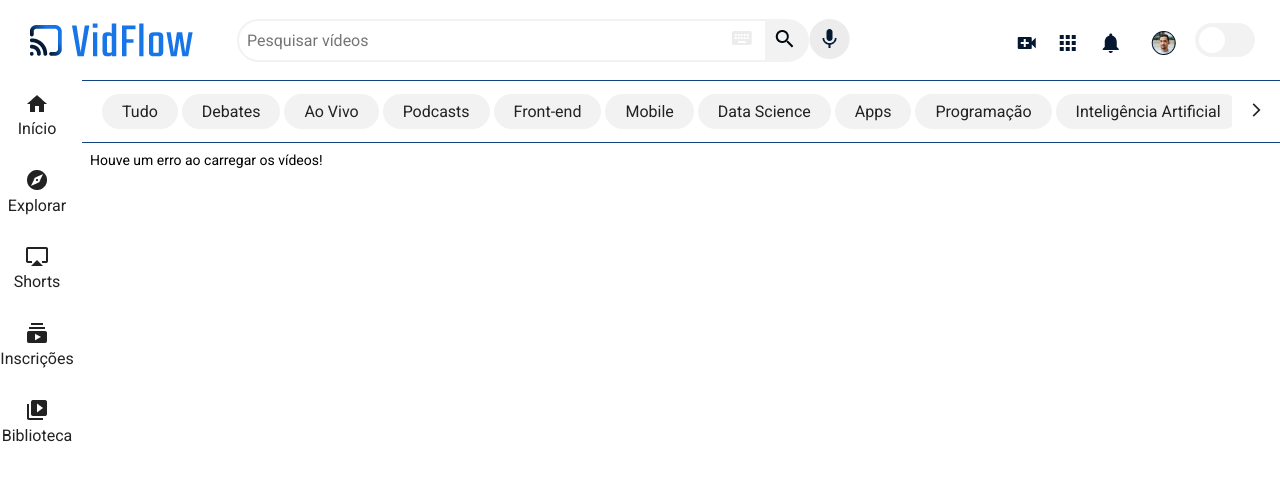
Repository: joaoPraiaJunior/curso-consumindo-api
Page: index.html
The author's editor kept a copy of each file at every save. The page is drawn from the files as they stood at one save, then again after the next save.
The browser window is 1280 px wide. The pictures show the whole page.
The page's requests for data from a server got no answer.

Above is the page before, as saved 2024-07-24 16:33:40.

### index.html
<!DOCTYPE html>
<html lang="pt-br" dir="ltr">
<head>
    <meta charset="UTF-8">
    <meta name="viewport" content="width=device-width, initial-scale=1.0">
    <link href="https://fonts.googleapis.com/css2?family=Roboto:wght@400;500;700&display=swap" rel="stylesheet" />
    <link rel="stylesheet" href="./css/reset.css">
    <link rel="stylesheet" href="./css/estilos.css">
    <link rel="stylesheet" href="./css/flexbox.css">
    <title>VidFlow</title>
    <link rel="shortcut icon" href="./img/Favicon.png" type="image/x-icon">
    <script src="./js/script.js" defer></script>
</head>
<body>
    <header>
        <nav class="cabecalho__container">
            <div class="logo__item">
                <img src="./img/VidFlow--Logo-light-mode.png" alt="logo do VidFlow">
            </div>
            <div class="cabecalho__pesquisar__item">
                <form class="form__pesquisa">
                    <input type="search" name="pesquisar" class="pesquisar__input" placeholder="Pesquisar vídeos">
                    <img src="./img/topbar/keyboard.png" alt="Ícone de teclado" class="pesquisar__input-teclado">
                    <button class="pesquisar__btn">
                        <img src="./img/topbar/search.png" alt="Ícone de lupa">
                    </button>
                    <button class="cabecalho__audio">
                        <img src="./img/topbar/Mic.png" alt="Ícone de microfone">
                    </button>
                </form>
            </div>
            <div class="cabecalho__icones__item">
                <a href="#" class="cabecalho__videos"></a>
                <a href="#" class="cabecalho__apps"></a>
                <a href="#" class="cabecalho__notificacoes"></a>
                <a href="#" class="cabecalho__avatar"></a>
                <label class="cabecalho__switch">
                    <input type="checkbox" class="cabecalho__switch-input">
                    <span class="cabecalho__switch-slider"></span>
                </label>
            </div>
        </nav>
    </header>

    <!-- Menu lateral -->

    <aside class="menu__container">
        <ul class="menu__lista">
            <li>
                <a class="menu__itens" href="#">
                    <i class="icone__inicio icone-item"></i>
                    <span>Início</span></a>
            </li>

            <li>
                <a class="menu__itens" href="#">
                    <i class="icone__explorar icone-item"></i>
                    <span>Explorar</span></a>
            </li>

            <li>
                <a class="menu__itens" href="#">
                    <i class="icone__shorts icone-item"></i>
                    <span>Shorts</span></a>
            </li>

            <li>
                <a class="menu__itens" href="#">
                    <i class="icone__inscricoes icone-item"></i>
                    <span>Inscrições</span></a>
            </li>

            <li>
                <a class="menu__itens" href="#">
                    <i class="icone__biblioteca icone-item"></i>
                    <span>Biblioteca</span></a>
            </li>
        </ul>

        <ul class="menu__lista">
            <li>
                <a class="menu__itens" href="#">
                    <i class="icone__historico icone-item"></i>
                    <span>Histórico</span></a>
            </li>

            <li>
                <a class="menu__itens" href="#">
                    <i class="icone__relogio icone-item"></i>
                    <span>Assistir mais tarde</span></a>
            </li>

            <li>
                <a class="menu__itens" href="#">
                    <i class="icone__like icone-item"></i>
                    <span>Marcados com like</span></a>
            </li>
        </ul>

        <ul class="menu__lista">
            <li>
                <a class="menu__itens" href="#">
                    <i class="icone__mostrar icone-item"></i>
                    <span>Mostrar mais 2</span></a>
            </li>

            <li>
                <a class="menu__itens" href="#">
                    <i class="icone__deschamps icone-item"></i>
                    <span>Felipe Deschamps</span></a>
            </li>

            <li>
                <a class="menu__itens" href="#">
                    <i class="icone__nerd icone-item"></i>
                    <span>Jovem Nerd</span></a>
            </li>

            <li>
                <a class="menu__itens" href="#">
                    <i class="icone__souto icone-item"></i>
                    <span>Mario Souto</span></a>
            </li>

            <li>
                <a class="menu__itens" href="#">
                    <i class="icone__iamarino icone-item"></i>
                    <span>Atila Iamarino</span></a>
            </li>

            <li>
                <a class="menu__itens" href="#">
                    <i class="icone__ballerini icone-item"></i>
                    <span>Rafaella Ballerini</span></a>
            </li>

            <li>
                <a class="menu__itens" href="#">
                    <i class="icone__gaveta icone-item"></i>
                    <span>Gaveta</span></a>
            </li>

            <li>
                <a class="menu__itens" href="#">
                    <i class="icone__alura icone-item"></i>
                    <span>Alura</span></a>
            </li>

            <li>
                <a class="menu__itens inscricoes" href="#">INSCRIÇÕES</a>
            </li>
        </ul>

        <ul class="menu__lista">
            <li class="jogos">
                <a class="menu__itens" href="#">
                    <i class="icone__jogos icone-item"></i>
                    <span>Jogos</span></a>
            </li>

            <li class="filmes">
                <a class="menu__itens" href="#">
                    <i class="icone__filmes icone-item"></i>
                    <span>Filmes</span></a>
            </li>
            <li class="premium">
                <a class="menu__itens" href="#">
                    <i class="icone__videos icone-item"></i>
                    <span>Vídeo Premium</span></a>
            </li>

            <li class="menu__itens">
                <a href="#">MAIS DA PÁGINA</a>
            </li>

        </ul>
    </aside>

    <section class="superior__secao__container">
        <div class="superior__secao__container-wrapper">
            <a href="#" name="Tudo" class="superior__item">Tudo</a>
            <a href="#" name="Debates" class="superior__item">Debates</a>
            <a href="#" name="Ao Vivo" class="superior__item">Ao Vivo</a>
            <a href="#" name="Podcasts" class="superior__item">Podcasts</a>
            <a href="#" name="Front-end" class="superior__item">Front-end</a>
            <a href="#" name="Mobile" class="superior__item">Mobile</a>
            <a href="#" name="Data Science" class="superior__item">Data Science</a>
            <a href="#" name="Apps" class="superior__item">Apps</a>
            <a href="#" name="Programação" class="superior__item">Programação</a>
            <a href="#" name="Inteligência Artificial" class="superior__item">Inteligência Artificial</a>
            <a href="#" name="Inovação" class="superior__item">Inovação</a>
        </div>

        <label class="superior__slider">
            <span><img src="./img/arrow_forward_ios.png" alt="Flecha direcionada para a direita"></span>
        </label>
    </section>

    <main>
        <ul class="videos__container" data-js="container-videos">

        </ul>
    </main>

</body>
</html>

### css/estilos.css
*,
*::before,
*::after {
    --azul-profundo: #01080E;
    --azul-escuro: #041832;
    --azul-medio: #144480;
    --azul-destaque-light: #1875E9;
    --azul-destaque-dark: #3985D8;
    --cinza-escuro: #222222;
    --cinza-medio: #C5C5C5;
    --cinza-claro: #F2F2F2;
    --branco: #FFFFFF;
    box-sizing: border-box;
}

body {
    font-family: Roboto, Arial, Helvetica, sans-serif;
    background-color: var(--branco);
    position: relative;
    width: 100%;
    height: 100vh;
    overflow: auto;
    font-size: 14px;
    color: var(--cinza-escuro);
    box-sizing: border-box;
    text-align: center;
}

/* CABEÇALHO */

.cabecalho__container {
    background-color: var(--branco);
    height: 80px;
    width: 100%;
    padding: 0 25px;
}

.logo__item {
    padding: 15px 0px;
    cursor: pointer;
}

.pesquisar__input {
    padding: 8px;
    border: 2px solid var(--cinza-claro);
    border-radius: 32px 0px 0px 32px;
    font-size: 16px;
}

.pesquisar__input-teclado{
    position: absolute;
    right: 16%;
    top: 30%;
}

.pesquisar__btn {
    background-color: var(--cinza-claro);
    border: 0px;
    border-radius: 0px 32px 32px 0px;
    padding: 8px;
    padding-right: 15px;
    border-left: none;
    cursor: pointer;
}

.cabecalho__audio {
    border: 0px;
    background-color: var(--branco);
}

.cabecalho__videos {
    background-image: url(../img/topbar/video_call.png);
    background-repeat: no-repeat;
    background-position: center;
    padding: 20px;
}

.cabecalho__apps {
    background-image: url(../img/topbar/apps.png);
    background-repeat: no-repeat;
    background-position: center;
    padding: 13px 30px 13px 13px;
}

.cabecalho__notificacoes {
    background-image: url(../img/topbar/notifications.png);
    background-repeat: no-repeat;
    background-position: center;
    padding: 13px 30px 13px 13px;
}

.cabecalho__avatar {
    background-image: url(../img/topbar/Avatar.png);
    background-repeat: no-repeat;
    background-position: center;
    padding: 13px 30px 13px 33px;
}

.cabecalho__switch {
    position: relative;
    display: inline-block;
    padding: 13px 30px 13px 13px;
    width: 60px;
    height: 34px;
  }

  .cabecalho__switch-input{
    opacity: 0;
    width: 0;
    height: 0;
  }

  .cabecalho__switch-slider {
    position: absolute;
    cursor: pointer;
    top: 0;
    left: 0;
    right: 0;
    bottom: 0;
    background-color: var(--cinza-claro);
    -webkit-transition: .4s;
    transition: .4s;
    border-radius: 34px;
  }

  .cabecalho__switch-slider:before {
    position: absolute;
    content: "";
    height: 26px;
    width: 26px;
    left: 4px;
    bottom: 4px;
    background-color: var(--branco);
    -webkit-transition: .4s;
    transition: .4s;
    border-radius: 50%;
  }

  .cabecalho__switch-input:checked + .cabecalho__switch-slider {
    background-color: var(--azul-destaque-light);
  }

  .cabecalho__switch-input:focus + .cabecalho__switch-slider {
    box-shadow: 0 0 1px var(--cinza-claro);
  }

  .cabecalho__switch-input:checked + .cabecalho__switch-slider:before {
    -webkit-transform: translateX(26px);
    -ms-transform: translateX(26px);
    transform: translateX(26px);
  }


/* SECAO SUPERIOR */

.superior__secao__container {
    height: 63px;
    color: var(--branco);
    font-size: 16px;
    background-color: var(--branco);
    padding: 0 20px;
    position: fixed;
    top: 80px;
    right: 0;
    left: 0;
    /* transition: transform 0.5s ease-in-out;
    transform: translateX(0); */
}

.superior__secao__container-wrapper{
    position: relative;
}

.superior__item {
    color: var(--cinza-escuro);
    font-size: 16px;
    background-color: var(--cinza-claro);
    border-radius: 20px;
    padding: 8px 20px;
    cursor: pointer;
    width: 200px;
}

.superior__item:hover {
    color: var(--branco);
    background-color: var(--azul-destaque-light);
    transition: .5s;
}

.superior__slider{
    position: absolute;
    right: 0%;
    width: 4%;
    height: 100%;
    background-color: var(--branco);
}

/* SEÇÃO VÍDEOS */

.videos__container {
    color: black;
    padding: 153px 20px 10px 20px;
}

iframe{
    border-radius: 10px;
    width: 100%;
    height: 62%;
}

.descricao-video .img-canal{
    border-radius: 100%;
    width: 40px;
    height: 40px;
}

.descricao-video .titulo-video {
    font-weight: 700;
    color: var(--cinza-escuro);
}

.descricao-video .titulo-canal {
    font-size: 14px;
    color: var(--cinza-escuro);
}

::-webkit-scrollbar{
    width: 0px;
    height: 0px;
}

@media(min-width: 834px) {

    body {
        height: 100vh;
    }

    /* ESTILOS DA SECAO SUPERIOR */

    .superior__secao__container {
        border-top: var(--azul-medio) 1px solid;
        border-bottom: var(--azul-medio) 1px solid;
        width: auto;
        left: 82px;
    }

    /*ESTILOS SEÇÃO VÍDEOS */

    .videos__container {
        padding-left: 90px;
        padding-right: 17px;
    }

}

@media(min-width: 1440px) {

    /* SEÇÃO SUPERIOR */

    .superior__secao__container {
        left: 247px;
    }

    /* ESTILOS VIDEOS */

    .videos__container {
        padding-right: 10px;
        padding-left: 248px;
    }
}

/* MENU LATERAL */

.menu__container {
    font-size: 14px;
    background-color: var(--branco);
}

.icone__inicio::before {
    content: url(../img/sidebar/home.png);
}

.icone__explorar::before {
    content: url(../img/sidebar/explore.png);
}

.icone__shorts::before {
    content: url(../img/sidebar/airplay.png);
}

.icone__inscricoes::before {
    content: url(../img/sidebar/subscriptions.png);
}

.icone__biblioteca::before {
    content: url(../img/sidebar/video_library.png);
}

.icone__historico::before {
    content: url(../img/sidebar/history.png);
}

.icone__relogio::before {
    content: url(../img/sidebar/history_toggle_off.png);
}

.icone__like::before {
    content: url(../img/sidebar/thumb_up_alt.png);
}

.icone__alura::before {
    content: url(../img/sidebar/Avatar_Alura.png);
}

.icone__gaveta::before {
    content: url(../img/sidebar/Avatar_Gaveta.png);
}

.icone__ballerini::before {
    content: url(../img/sidebar/Avatar_Rafa.png);
}

.icone__iamarino::before {
    content: url(../img/sidebar/Avatar_Atila.png);
}

.icone__souto::before {
    content: url(../img/sidebar/Avatar_Souto.png);
}

.icone__nerd::before {
    content: url(../img/sidebar/Avatar_Jovem_Nerd.png);
}

.icone__deschamps::before {
    content: url(../img/sidebar/Avatar_Deschamps.png);
}

.icone__mostrar::before {
    content: url(../img/sidebar/keyboard_arrow_down.png);
}

.icone__videos::before {
    content: url(../img/sidebar/ondemand_video.png);
}

.icone__filmes::before {
    content: url(../img/sidebar/movie.png);
}

.icone__jogos::before {
    content: url(../img/sidebar/sports_esports.png);
}

/* SECAO SUPERIOR */

.superior__secao__container {
    height: 63px;
    color: var(--branco);
    font-size: 16px;
    background-color: var(--branco);
    padding: 0 20px;
    position: fixed;
    top: 80px;
    right: 0;
    left: 0;
    /* transition: transform 0.5s ease-in-out;
    transform: translateX(0); */
}

.superior__secao__container-wrapper{
    position: relative;
}

.superior__item {
    color: var(--cinza-escuro);
    font-size: 16px;
    background-color: var(--cinza-claro);
    border-radius: 20px;
    padding: 8px 20px;
    cursor: pointer;
    width: 200px;
}

.superior__item:hover {
    color: var(--branco);
    background-color: var(--azul-destaque-light);
    transition: .5s;
}

.superior__slider{
    position: absolute;
    right: 0%;
    width: 4%;
    height: 100%;
    background-color: var(--branco);
}

/* SEÇÃO VÍDEOS */

.videos__container {
    color: black;
    padding: 153px 20px 10px 20px;
}

iframe{
    border-radius: 10px;
    width: 100%;
    height: 62%;
}

.descricao-video .img-canal{
    border-radius: 100%;
    width: 40px;
    height: 40px;
}

.descricao-video .titulo-video {
    font-weight: 700;
    color: var(--cinza-escuro);
}

.descricao-video .titulo-canal {
    font-size: 14px;
    color: var(--cinza-escuro);
}

::-webkit-scrollbar{
    width: 0px;
    height: 0px;
}

@media(min-width: 834px) {

    body {
        height: 100vh;
    }

    /* ESTILOS DO MENU LATERAL */

    .menu__container {
        font-size: 16px;
    }

    .menu__lista {
        padding-top: 15px;
    }

    .menu__lista li {
        width: 100%;
    }

    /* ESTILOS DA SECAO SUPERIOR */

    .superior__secao__container {
        border-top: var(--azul-medio) 1px solid;
        border-bottom: var(--azul-medio) 1px solid;
        width: auto;
        left: 82px;
    }

    /*ESTILOS SEÇÃO VÍDEOS */

    .videos__container {
        padding-left: 90px;
        padding-right: 17px;
    }

}

@media(min-width: 1440px) {

    /* SEÇÃO SUPERIOR */

    .superior__secao__container {
        left: 247px;
    }

    /* ESTILOS DO MENU LATERAL */

    .menu__lista {
        border-bottom: 1.5px solid var(--azul-medio);
    }

    /* ESTILOS VIDEOS */

    .videos__container {
        padding-right: 10px;
        padding-left: 248px;
    }

}

### css/flexbox.css
/* CABEÇALHO */

.cabecalho__container {
    display: flex;
    justify-content: space-between;
    align-items: center;
    position: fixed;
    top: 0;
  }

  .cabecalho__pesquisar__item {
    display: none;
  }

  .form__pesquisa {
    position: relative;
    flex: 1;
    display: flex;
    justify-content: center;
  }

  /* SECAO SUPERIOR */

  .superior__slider {
    display: none;
  }


  /* SEÇÃO SUPERIOR */

  .superior__secao__container {
    display: flex;
    align-items: center;
    white-space: nowrap;
    overflow: scroll;
    gap: 15px;
  }


  /* VIDEO */

  .videos__container {
    display: flex;
    flex-wrap: wrap;
    gap: 10px;
  }

  .videos__item {
    display: block;
    height: 303px;
    width: 280px;
    flex-grow: 1;
  }


  .descricao-video {
    margin-top: 1rem;
    display: grid;
    text-align: start;
    column-gap: 1rem;
    row-gap: 10px;
    grid-template-columns: auto 1fr;
  }

  .descricao-video .img-canal {
    grid-area: 1 / 1 / 3 / 2;
  }


  @media (min-width: 1156px) {
    /* CABEÇALHO */

    .cabecalho__pesquisar__item {
      display: block;
      transform: translate(-60px);
    }

    .pesquisar__input {
      width: 530px;
    }

    /* SECAO SUPERIOR */

    .superior__slider {
      display: flex;
      justify-content: center;
      align-items: center;
    }
  }

  /* CABEÇALHO */

.cabecalho__container {
  display: flex;
  justify-content: space-between;
  align-items: center;
  position: fixed;
  top: 0;
}

.cabecalho__pesquisar__item {
  display: none;
}

.form__pesquisa {
  position: relative;
  flex: 1;
  display: flex;
  justify-content: center;
}

/* SECAO SUPERIOR */

.superior__slider {
  display: none;
}

/* MENU */

.menu__container {
  position: fixed;
  bottom: 0%;
  height: 74px;
  width: 100%;
}

.menu__lista {
  display: flex;
  justify-content: space-around;
  height: 100%;
}

.menu__lista li {
  align-self: center;
}

.menu__itens {
  display: flex;
  flex-direction: column;
  gap: 5px;
}

.menu__lista:nth-child(2),
.menu__lista:nth-child(3),
.menu__lista:nth-child(4) {
  display: none;
}

/* SEÇÃO SUPERIOR */

.superior__secao__container {
  display: flex;
  align-items: center;
  white-space: nowrap;
  overflow: scroll;
  gap: 15px;
}


/* VIDEO */

.videos__container {
  display: flex;
  flex-wrap: wrap;
  gap: 10px;
}

.videos__item {
  display: block;
  height: 303px;
  width: 280px;
  flex-grow: 1;
}


.descricao-video {
  margin-top: 1rem;
  display: grid;
  text-align: start;
  column-gap: 1rem;
  row-gap: 10px;
  grid-template-columns: auto 1fr;
}

.descricao-video .img-canal {
  grid-area: 1 / 1 / 3 / 2;
}

@media (min-width: 834px) {
  /* MENU LATERAL*/

  .menu__container {
    left: 0;
    height: auto;
    width: 74px;
    top: 80px;
  }

  .menu__lista {
    flex-direction: column;
    justify-content: flex-start;
    padding-top: 15px;
    gap: 33px;
  }
}

@media (min-width: 1156px) {
  /* CABEÇALHO */

  .cabecalho__pesquisar__item {
    display: block;
    transform: translate(-60px);
  }

  .pesquisar__input {
    width: 530px;
  }

  /* SECAO SUPERIOR */

  .superior__slider {
    display: flex;
    justify-content: center;
    align-items: center;
  }
}

@media (min-width: 1440px) {
  /* MENU */

  .menu__container {
    width: 239px;
    overflow: scroll;
  }

  .menu__lista:nth-child(2),
  .menu__lista:nth-child(3),
  .menu__lista:nth-child(4) {
    display: flex;
  }

  .menu__lista {
    height: auto;
    padding: 20px 17px 20px 15px;
    gap: 15px;
  }

  .menu__itens {
    flex-direction: row;
    gap: 15px;
    align-items: center;
  }

  .menu__lista:nth-child(3) {
    flex-direction: column-reverse;
  }

  .jogos {
    order: 3;
  }

  .filmes {
    order: 2;
  }

  .premium {
    order: 1;
  }

  .maispagina {
    order: 4;
  }
}

### js/script.js
const elementos = {
    containerDeVideos: '[data-js="container-videos"]',
}

const containerDeVideos = document.querySelector(`${elementos.containerDeVideos}`);

const api = fetch('http://localhost:3000/videos')
    .then(resposta => resposta.json())
    .then((videos) => videos.forEach(video => {
        containerDeVideos.innerHTML += `
        <li class="videos__item">
            <iframe src="${video.url}" title="${video.titulo}" frameborder="0" allowfullscreen></iframe>
            <div class="descricao-video">
                <img class="img-canal" src = "${video.imagem}" alt="Logo do Canal">
                <h3 class="titulo-video">${video.titulo}</h3>
                <p class="titulo-canal">${video.descricao}</p>
            </div>
        </li>
    `;
    }))
    .catch((erro) => {
        containerDeVideos.innerHTML = `<p class="erro">Houve um erro ao carregar os vídeos!</p>`;
    });

Loaded but not shown: css/reset.css (common file)

After the next save:
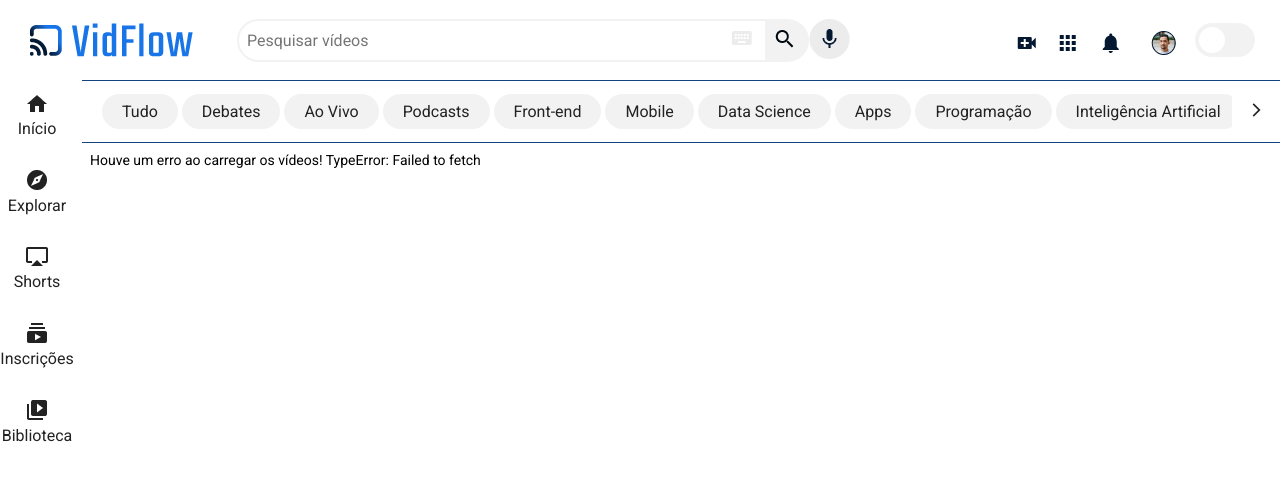
Saved 31 s later.
--- a/js/script.js
+++ b/js/script.js
@@ -19,5 +19,5 @@ const api = fetch('http://localhost:3000/videos')
     `;
     }))
     .catch((erro) => {
-        containerDeVideos.innerHTML = `<p class="erro">Houve um erro ao carregar os vídeos!</p>`;
+        containerDeVideos.innerHTML = `<p class="erro">Houve um erro ao carregar os vídeos! ${erro}</p>`;
     });
